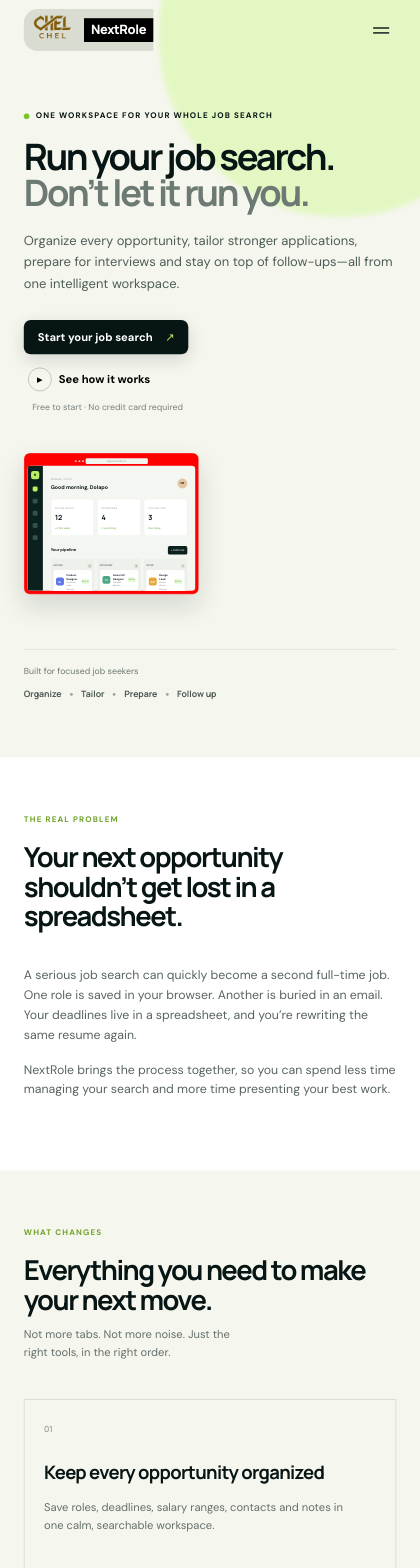
Repository: Lovethrech/NextRole-Nuxt-Portfolio
Page: /
The author's editor kept a copy of each file at every save. The page is drawn from the files as they stood at one save, then again after the next save.
The browser window is 600 px wide. The pictures show the part of the page from y = 0 to 2240 px (the page is 6767 px tall), at 70% of full size.
The project was rebuilt for these pictures with package versions that can differ from the ones it lists, and the page was loaded fresh each time. The framework's server and built-in components were replaced by stand-ins that run in the browser. Also part of the build but not shown: nuxt.config.js.

Above is the page before, as saved 2026-09-12 17:40:45.

After the next save:
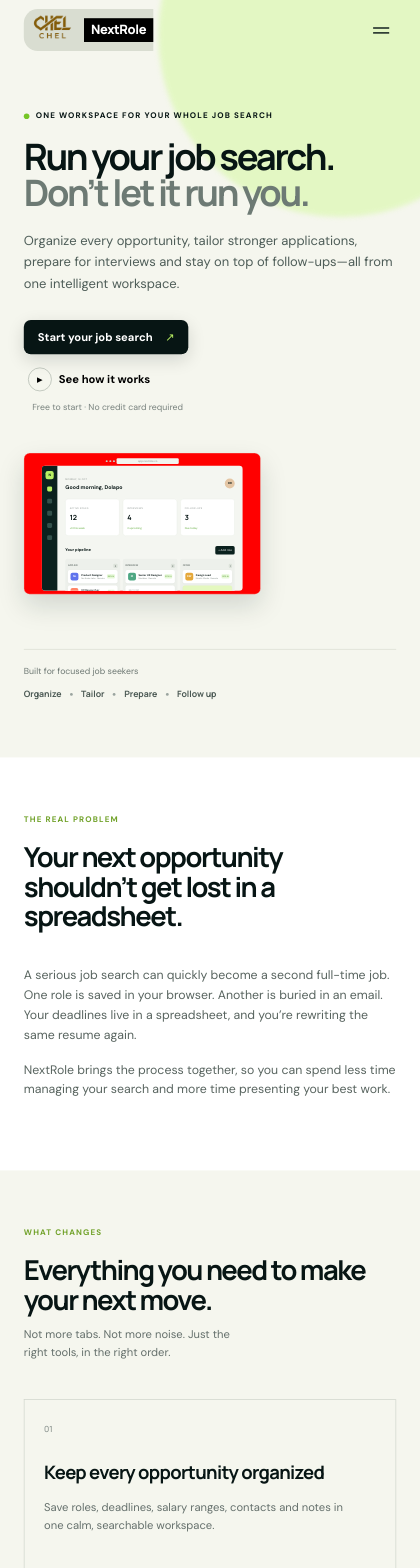
Saved 16 s later.
--- a/assets/css/main.css
+++ b/assets/css/main.css
@@ -613,9 +613,10 @@
     .hero-actions{align-items:flex-start;flex-direction:column;gap:18px;
     }
     .dashboard-frame{
+        width: 60vw;
         background-color: red;
         place-items:center;
-        width: 100%;
+        width:720px;
         transform:scale(.47);
         transform-origin:top left;
         margin-bottom:-200px;
